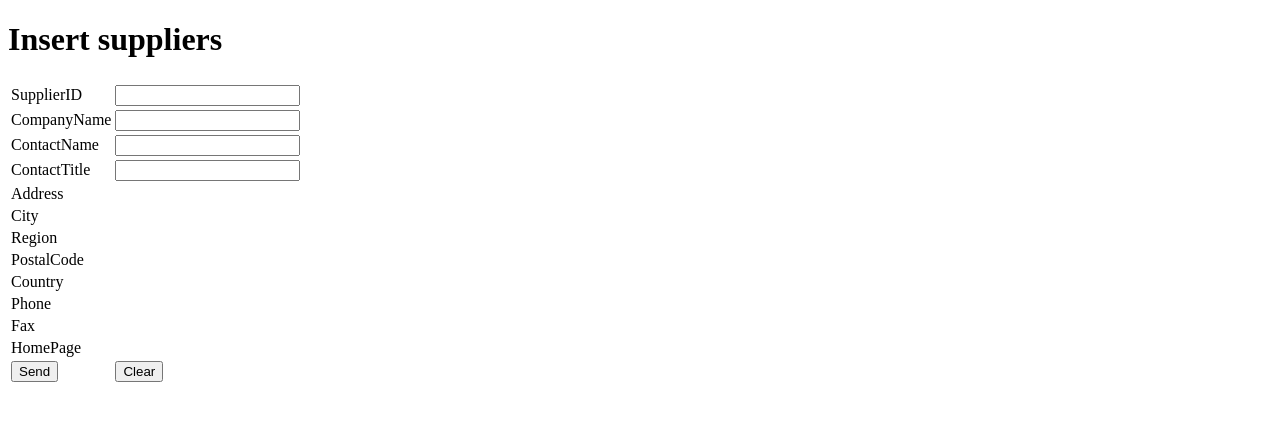
Repository: kaza1509/PRJ301
Page: SE1613/web/addSupplier.html
An editor plug-in stored every save of this project. The page is shown before and after a run of saves, followed by the edit.
The browser window is 1280 px wide. The pictures show the whole page.

Above is the page before, as saved 2022-01-20 14:43:05.

After the next 7 saves:
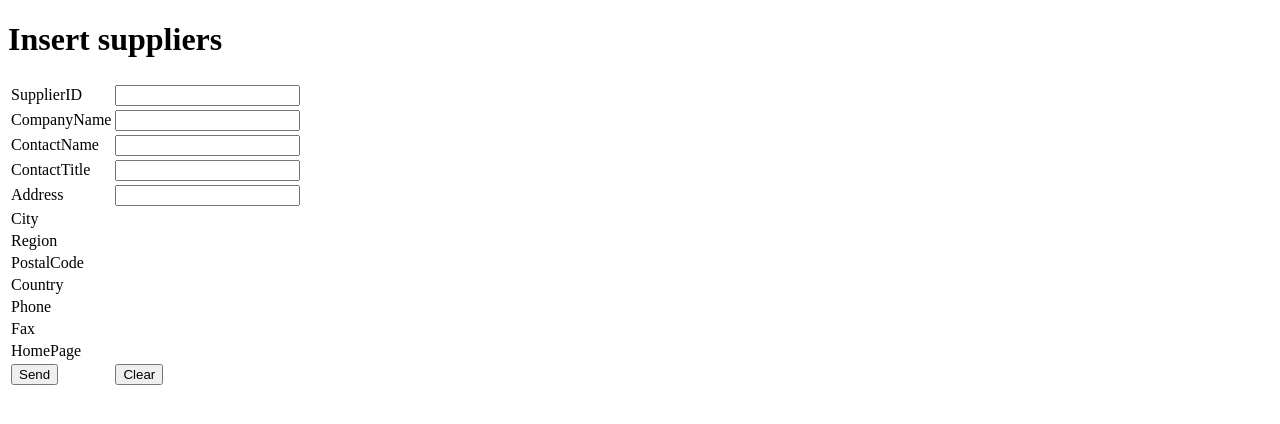
The 7 saves are shown as one change because they came seconds apart.
The last was saved 21 s later.
--- a/SE1613/web/addSupplier.html
+++ b/SE1613/web/addSupplier.html
@@ -33,12 +33,14 @@
                 <tr>
                     <td>ContactTitle</td>
                     <td>
-                        <input type="text" name="">
+                        <input type="text" name="contactTitle">
                     </td>
                 </tr>
                 <tr>
                     <td>Address</td>
-                    <td></td>
+                    <td>
+                        <input type="add">
+                    </td>
                 </tr>
                 <tr>
                     <td>City</td>
